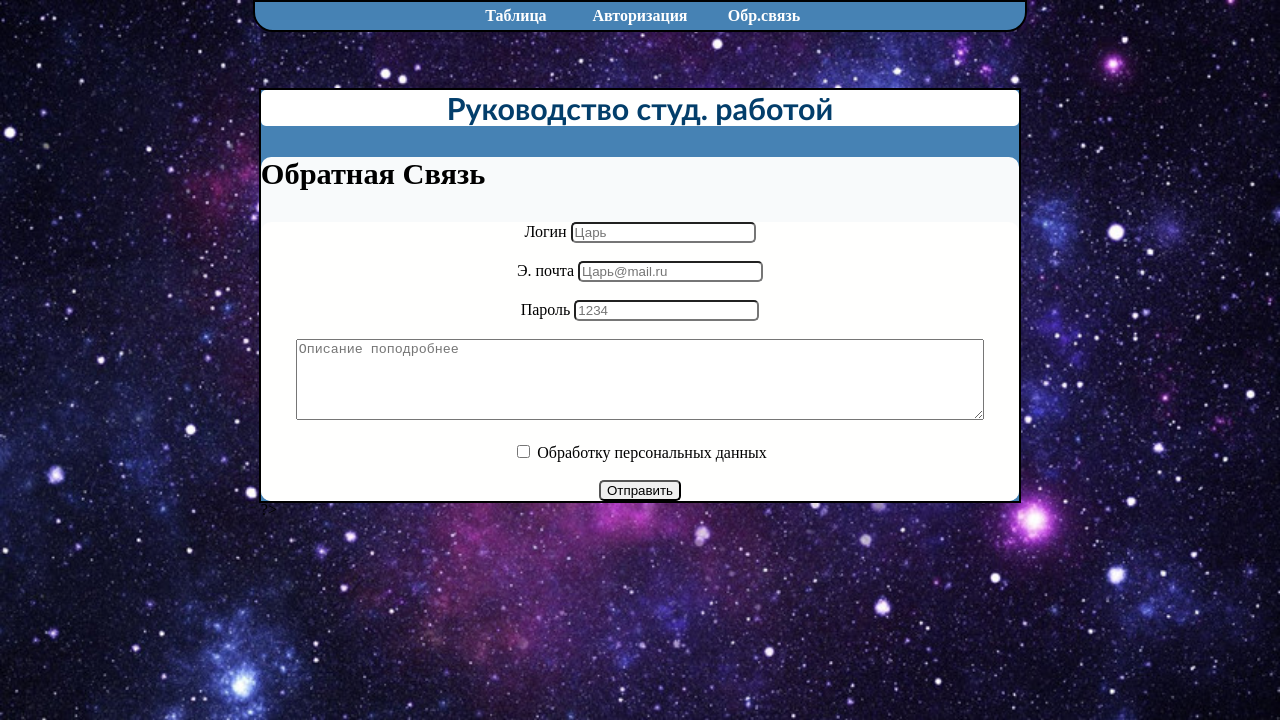
Repository: BeliaevAleksei/WeBCourse
Page: http://localhost/back.php
The author's editor kept a record of every edit. The page is drawn from the files as they stood at one moment, then again after the next edit.
The browser window is 1280 px wide. The pictures show the whole page.
The page is run by PHP 8.4 with error messages shown; the project is at /var/www/html/.

Above is the page before.

### Учебная практика/back.php
<!DOCTYPE html>
<html>
<head>
	<link rel="icon" type="image/x-icon" href="./img/znachok.jpg">
	<meta http-equiv="Content-Type" content="text/html; charset=utf-8" />
	<link rel="stylesheet" href="css/main.css">
	<title>Managment</title>

</head>
<body>
	<div class="page">
		<div class="header">
			<ul id="navbar">
				<li><a href="index.php">Таблица</a></li>
				<li><a href="authorization.php">Авторизация</a></li>
				<li><a href="back.php">Обр.связь</a></li>
			</ul>
		</div>
		<div class="main-text">
			<h3>Руководство студ. работой</h3>
			<div class="main-text-content">
				<h3>Обратная Связь</h3>
			<div class="main-text-content">
				<form action="add.php" method="post">
					<label for="logins"> Логин </label>
					<input type="text" required name="login" placeholder="Царь">
					<br><br>
					<label>
						Э. почта
						<input type="email" required name = "email" placeholder="Царь@mail.ru"></input>
					</label>
					<br><br>
					<label>
						Пароль
						<input type="password" name= "password" placeholder="1234"></input>
					</label>
					<br><br>
					<textarea name="message" id="about" rows="5" placeholder="Описание поподробнее"></textarea>
					<br><br>
					<input type="checkbox" name="check" id="check">
					<label for="check">Обработку персональных данных</label>
					<br><br>
					<input type="submit" value="Отправить">
					</form>
				</div>
			</div>
			</div>
			?>
	</div>
</div>
</div>
</body>

### Учебная практика/css/main.css

@media (min-width: 1024px) {
	body
	{
		background: url(../img/fon.jpg);
		background-position: center center;
		background-size: cover;
		background-attachment: fixed;
	}
	.main-text-content > img {
		width: 49%;
		height: 300px;
		display: inline-block;
	}
	a{
		font-size: 1.0em;
	}
	p{
		font-size: 1.0em;
	}

	h3{
		font-size: 1.9em;
	}
	h2{
		font-size: 1.3em;
	}
		.righttable{
		width: 26%;
		float: right;
	}
	.lefttable{
		width: 26%;
		float: left;
	}
}
@media (min-width: 720px) and (max-width: 1023px) {

	body {
		background: url(../img/fon.jpg);
		background-position: center center;
		background-size: cover;
		background-attachment: fixed;

	}
	.main-text-content > img {
		/*width: 400px;*/
		width: 40%;
		height: 300px;
		display: inline-block;
	}
	a{
		font-size: 0.8em;
	}
	p{
		font-size: 0.8em;
	}

	h3{
		font-size: 1.5em;
	}
	h2{
		font-size: 1.1em;
	}
		.righttable{
		width: 26%;
		float: right;
	}
	.lefttable{
		width: 26%;
		float: left;
	}
}

@media (min-width: 480px) and (max-width: 719px)
{
	body {
		background: url(../img/fon.jpg);
		background-position: center center;
		background-size: cover;
		background-attachment: fixed;
	}
	.main-text-content > img {
		/*width: 274px;*/
		width: 30%;
		height: 300px;
		display: inline-block;
	}
	a{
		font-size: 0.5em;
	}
	p{
		font-size: 0.5em;
	}

	h3{
		font-size: 1.2em;
	}
	h2{
		font-size: 0.8em;
	}
		.righttable{
		width: 26%;
		float: right;
	}
	.lefttable{
		width: 26%;
		float: left;
	}
}
@media (min-width: 320px) and (max-width: 479px)
{
	body {
		background: url(../img/fon.jpg);
		background-position: center center;
		background-size: cover;
		background-attachment: fixed;
	}
	.main-text-content > img {
		/*width: 173px;*/
		width: 20%;
		height: 200px;;
		display: inline-block;
	}
	a{
		font-size: 0.5em;
	}
	p{
		font-size: 0.5em;
	}

	h3{
		font-size: 1.2em;
	}
	h2{
		font-size: 0.8em;
	}
	.righttable{
		width: 26%;
		float: right;
	}
	.lefttable{
		width: 26%;
		float: left;
	}
}
@media (max-width: 319px)
{
	body {

		background: url(../img/fon.jpg);
		background-position: center center;
		background-size: cover;
		background-attachment: fixed;
	}
	.main-text-content > img {
		width: 172px;
		height: 110px;
		display: inline-block;
	}
	a{
		font-size: 0.5em;
	}
	p{
		font-size: 0.5em;
	}

	h3{
		font-size: 1.0em;
	}
	h2{
		font-size: 0.8em;
	}
	.righttable{
		width: 100%;
		float: none;
	}
	.lefttable{
		width: 100%;
		float: none;
	}
}

.page {
	width: 60%; /* Ширина элемента в пикселах */
	margin: auto; /* Выравниваем по центру */
	position: relative;
}

.header {
	justify-content: space-around;
	flex-wrap: wrap;
	align-items: center;
	position: relative;
	top: 0;
	min-height: 60px;
}

.main {
	line-height: 150px;
	position: relative;
}

#navbar {
	margin: 0;
	padding: 0;
	list-style-type: none;
}
#navbar li {
	display: inline;
}

#navbar {
	margin: -8px;
	padding: 0;
	list-style-type: none;
	border: 2px solid #000000;
	border-radius: 0px 0px 20px 20px;
	text-align: center;
	background-color:#4682B4;
}
#navbar a {
	color: #fff;
	padding: 5px 10px;
	text-decoration: none;
	font-weight: bold;
	display: inline-block;
	width: 100px;
}
#navbar a:hover {
	border-radius: 20px 5px;
	background-color: #B0C4DE;
}

.main-text{
	outline: 2px solid #000;
	background-color:#4682B4;
	margin:auto;
}


.main-text-content {
	background-color: rgba(255, 255, 254, 0.96);
	border-radius: 10px;
	margin:auto;
}

.main-text-content .clearbox {
	display: table;
}

.main-text > h3 {
	text-align: center;
	color: #033E6B;
	font-family: "Gabriela", TREBUCHET MS;
	background-color: #FFFFFF;
	border-radius: 5px;
}

.main-text-content > a {
	display: block;
	min-width: 20px;
	background-color: #FFFFFF;
	color: #033E6B;
	font-family: "Gabriela", TREBUCHET MS;
	border-bottom: 2px solid maroon; /* Параметры линии под текстом */
	font-weight: normal; /* Убираем жирное начертание */
	padding-bottom: 5px; /* Расстояние от текста до линии */
	text-align: left;
}


.main-text-content > p {
	display: block;
	text-indent: 2em;
	margin: 0 5px;
	color: #033E6B;
	border-radius: 5px;
	line-height: 34px;
}

.main-text-content img {
	margin-bottom: 10px;
	-o-object-fit: cover;
	object-fit: cover; /* способ встраивания содержимого в элемент */
	object-position: center; /* способ размещения содержимого в элементе */
}
.main-text-content .clearbox {
	display: table;
	clear: both;
}

#imginf {
	float: left; /* задает выравнивание элемента */
	margin-right: 10px;
}



.lefttable{
	display: table;
	background-color: #FFFFFF;
	border-radius: 5px;
}

.righttable{
	display: table;
	background-color: #FFFFFF;
	border-radius: 5px;
}
/*form{*/
/*	margin: 0  1%;*/
/*}*/
label{
	align-items: center;
	text-align: center;
}
form{
	align-items: center;
	text-align: center;
}
#about{
	width: 90%;
}
TABLE {
    width: 60%;
    margin: auto;
   }
   TD {
   	width: 60%;
    margin: auto;
   }

input {
    border-radius: 5px;
}

After the next edit:
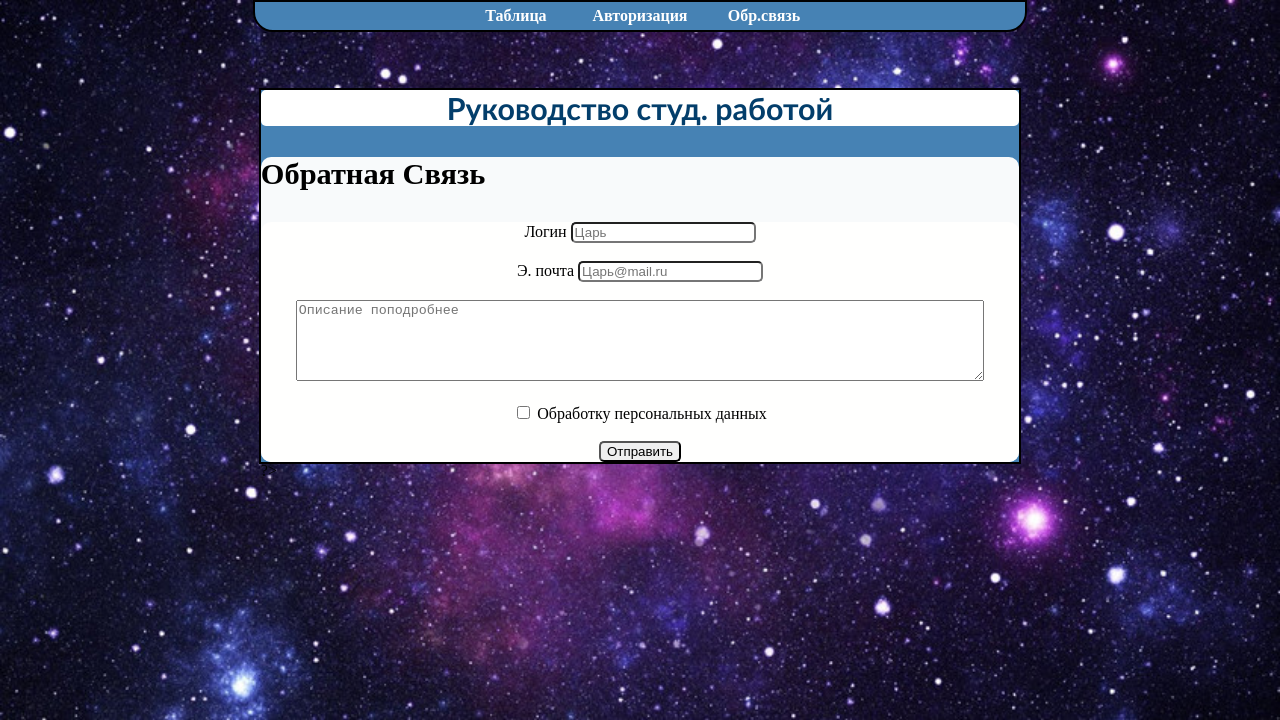
The edit:
--- a/Учебная практика/back.php
+++ b/Учебная практика/back.php
@@ -30,12 +30,7 @@
 						<input type="email" required name = "email" placeholder="Царь@mail.ru"></input>
 					</label>
 					<br><br>
-					<label>
-						Пароль
-						<input type="password" name= "password" placeholder="1234"></input>
-					</label>
-					<br><br>
-					<textarea name="message" id="about" rows="5" placeholder="Описание поподробнее"></textarea>
+					<textarea required name="message" id="about" rows="5" placeholder="Описание поподробнее"></textarea>
 					<br><br>
 					<input type="checkbox" name="check" id="check">
 					<label for="check">Обработку персональных данных</label>
